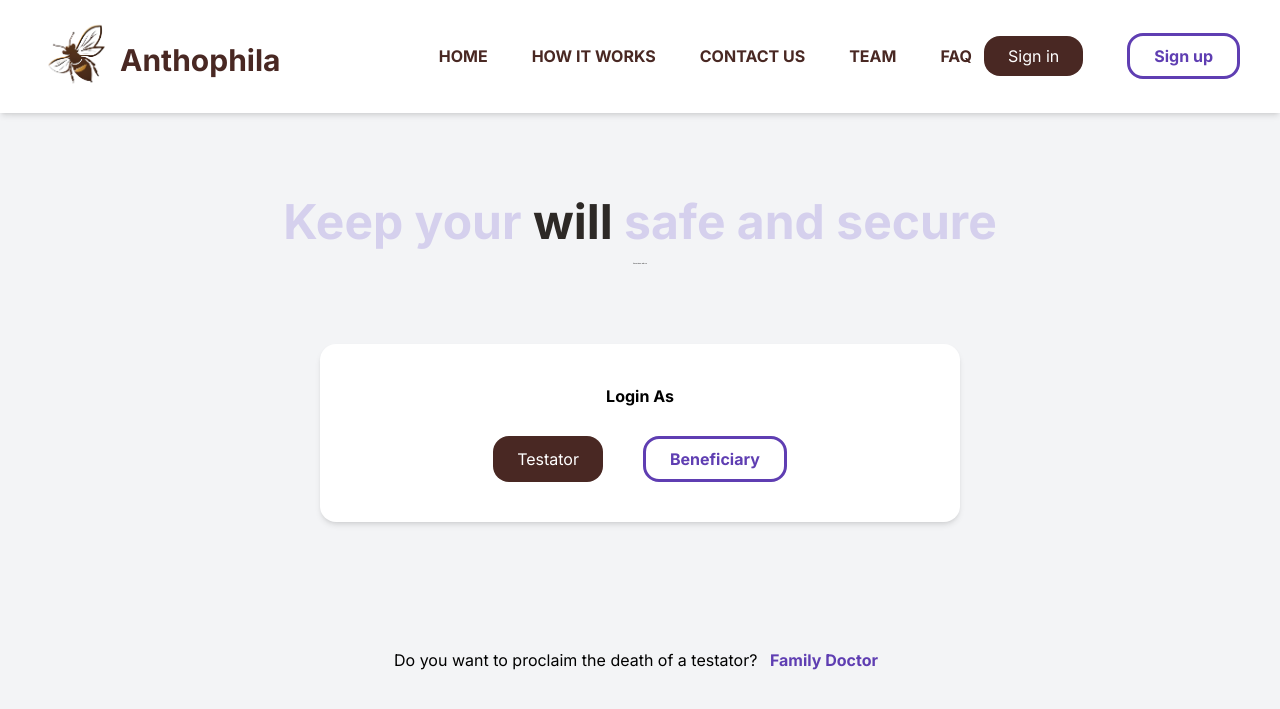
Repository: marcusdashe/anthophila
Page: /
An editor plug-in stored every save of this project. The page is shown before and after the next save, followed by the edit.
The browser window is 1280 px wide. The pictures show the whole page.
The project was rebuilt for these pictures with package versions that can differ from the ones it lists, and the page was loaded fresh each time. The framework's server and built-in components were replaced by stand-ins that run in the browser. Also part of the build but not shown: next.config.js, styles/Home.module.css.

Above is the page before, as saved 2023-03-01 22:06:18.

After the next save:
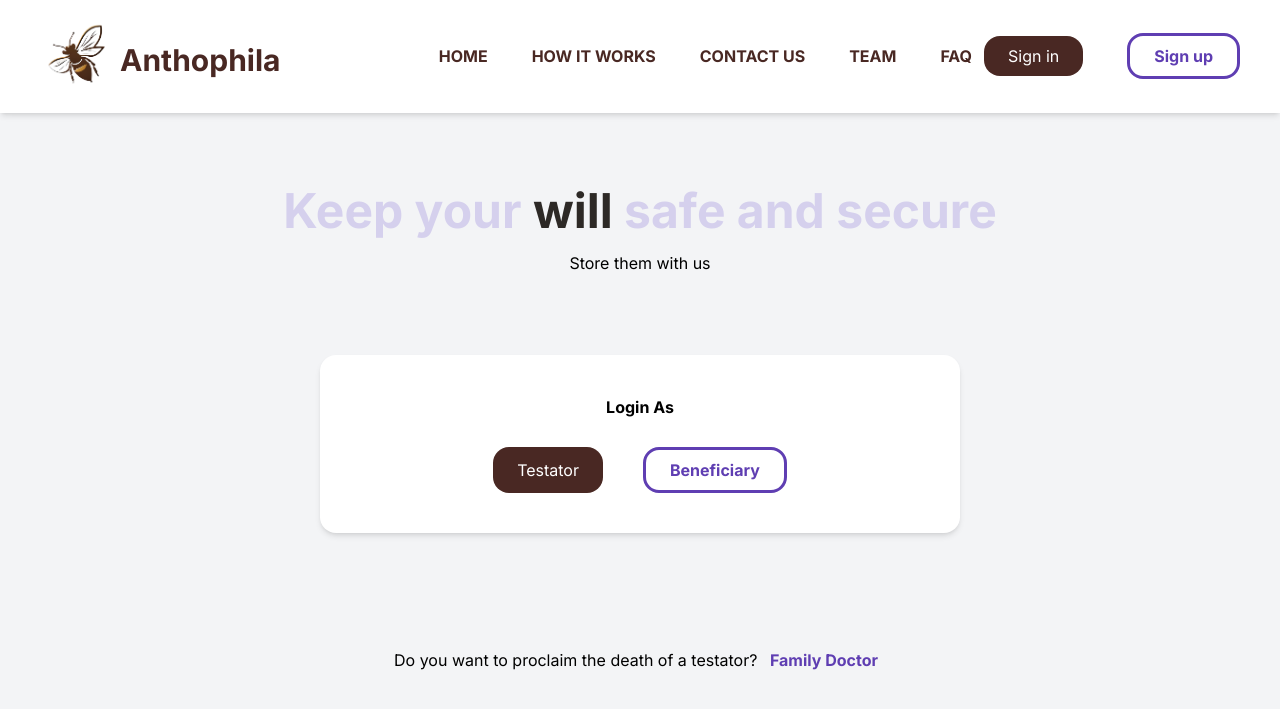
Saved 6 s later.
--- a/components/Hero.jsx
+++ b/components/Hero.jsx
@@ -9,7 +9,7 @@ const Hero = () => {
             <header className="">
             <div className="max-w-7xl mx-auto px-4 sm:px-6 lg:px-8 flex flex-col items-center justify-center">
                 <h1 className="text-5xl font-bold text-[#D5D0ED] text-center mb-4">Keep your <span className='text-[#2D2926]'>will</span> safe and secure</h1>
-                <p className='text-center text-[.1rem]'>Store them with us</p>
+                <p className='text-center text-[rem]'>Store them with us</p>
             </div>
             </header>
             <section className=' w-[80%] md:w-[50%] bg-white shadow-md p-10 rounded-2xl flex justify-center items-center flex-col mt-20'>
